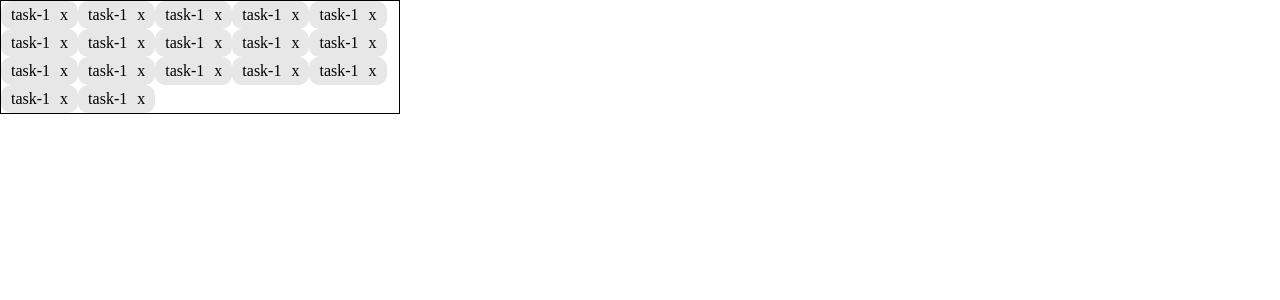
Repository: OkazakiTruong/selectOption
Page: /
These files come from the project's save history. The page is drawn as it stood at one moment and after the next save; the edit follows.
The browser window is 1280 px wide. The pictures show the whole page.
The project was rebuilt for these pictures with package versions that can differ from the ones it lists, and the page was loaded fresh each time. Also part of the build but not shown: vite.config.js.

Above is the page before, as saved 2024-01-17 21:03:19.

After the next save:
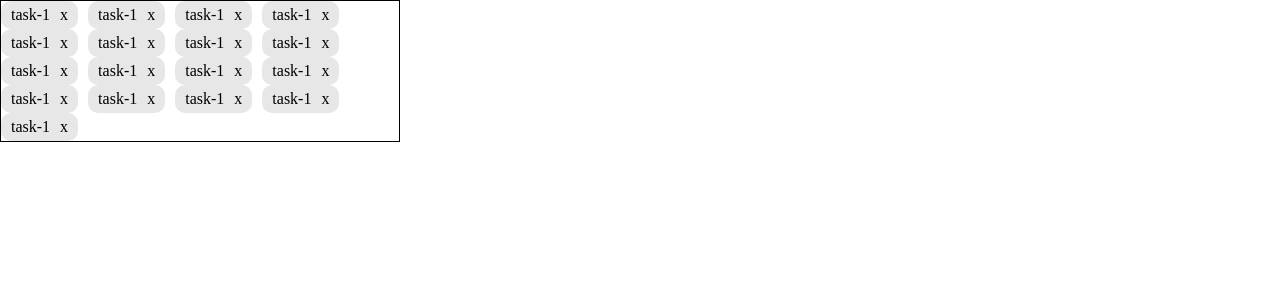
Saved 11 s later.
--- a/src/SelectBox/selectbox.css
+++ b/src/SelectBox/selectbox.css
@@ -14,6 +14,7 @@
   border-radius: 10px;
   display: flex;
   align-items: center;
+  margin-right: 10px;
 }
 .select-item .btn-delete {
   margin-left: 10px;
